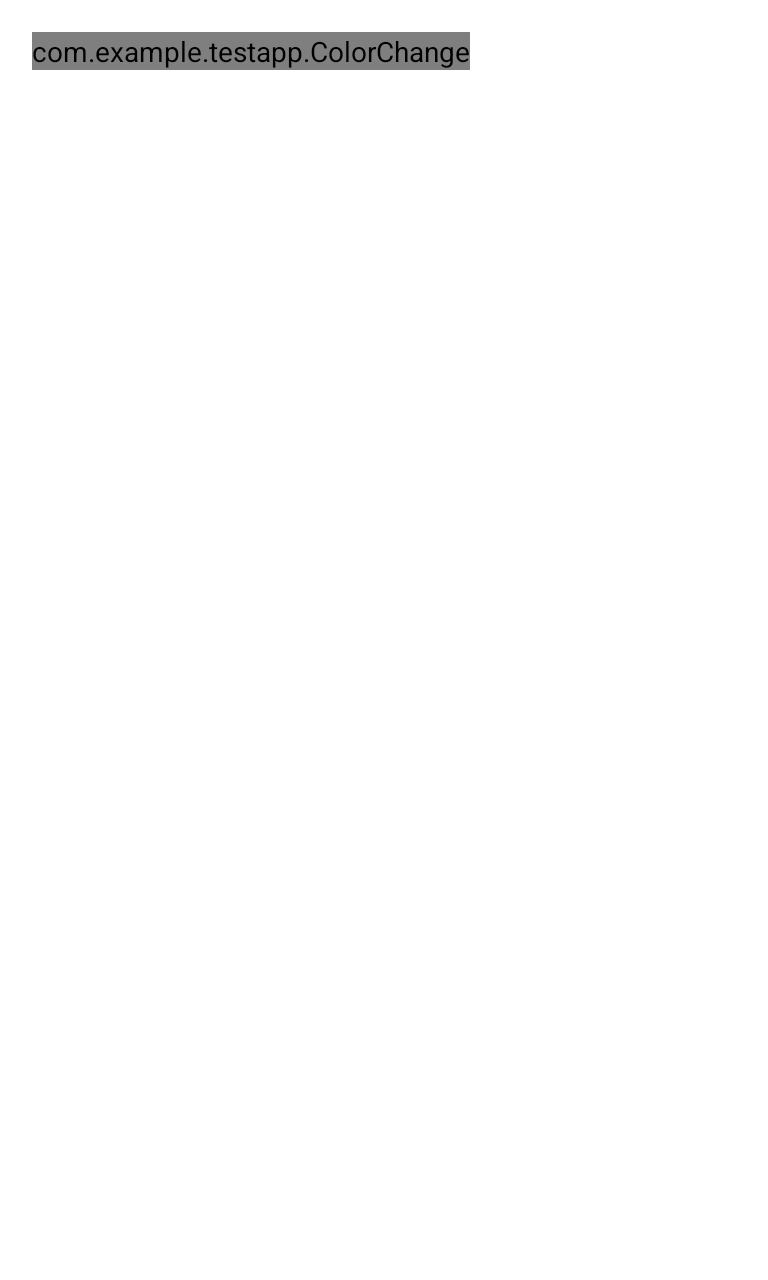
Repository: nick92/ConkyLive
Layout: testApp/res/layout/activity_main.xml
These files come from the project's save history. The layout is drawn as it stood at one moment and after a run of saves; the edit follows.
Pictures or frames that could not be fetched are drawn as grey boxes. It is drawn on a 768 x 1280 px phone screen (xhdpi) without system bars, with theme AppTheme; the app's code is not run.

Above is the layout before, as saved 2013-05-15 13:52:32.

### testApp/res/layout/activity_main.xml
<LinearLayout xmlns:android="http://schemas.android.com/apk/res/android"
    xmlns:tools="http://schemas.android.com/tools"
    xmlns:option="http://schemas.android.com/apk/res/com.example.testapp"
    android:layout_width="match_parent"
    android:layout_height="match_parent"
    android:paddingBottom="@dimen/activity_vertical_margin"
    android:paddingLeft="@dimen/activity_horizontal_margin"
    android:paddingRight="@dimen/activity_horizontal_margin"
    android:paddingTop="@dimen/activity_vertical_margin"
    tools:context=".MainActivity" >

     <com.example.testapp.ColorChange
        android:id="@+id/view2"
        android:layout_width="wrap_content"
	    android:layout_height="wrap_content"
        android:onClick="onClicked"
        option:titleText="Foreground Color"
        option:valueColor="#591e6e" />

    <com.example.testapp.ColorChange
        android:id="@+id/view1"
        android:layout_width="fill_content"
	    android:layout_height="wrap_content"
	    android:onClick="onClicked"
        option:titleText="Background Color"
        option:valueColor="#FFA4C639" />



</LinearLayout>

Loaded but not shown: testApp/res/values/styles.xml (common file); testApp/res/values-v11/styles.xml (common file); testApp/res/values-v14/styles.xml (common file); testApp/res/values/dimens.xml (common file)

After the next 2 saves:
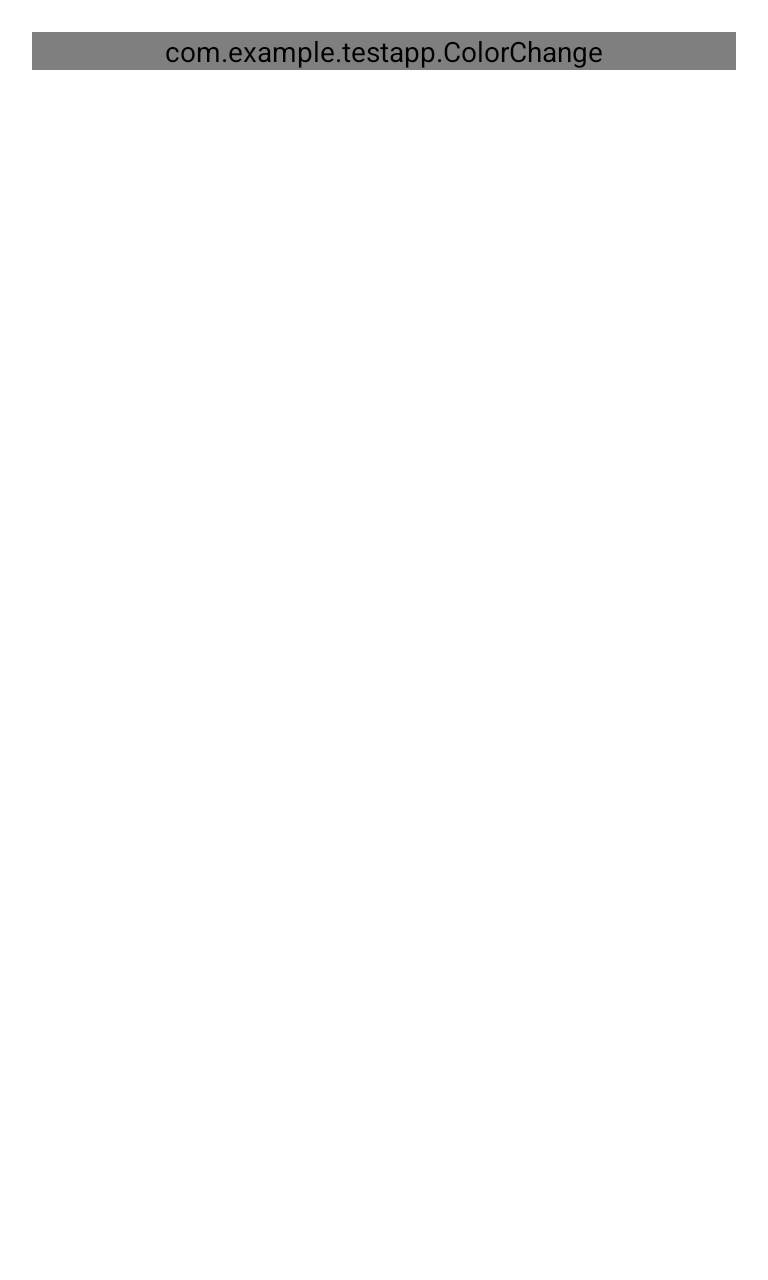
The 2 saves are shown as one change because they came seconds apart.
The last was saved 85 s later.
--- a/testApp/res/layout/activity_main.xml
+++ b/testApp/res/layout/activity_main.xml
@@ -11,7 +11,7 @@
 
      <com.example.testapp.ColorChange
         android:id="@+id/view2"
-        android:layout_width="wrap_content"
+        android:layout_width="fill_parent"
 	    android:layout_height="wrap_content"
         android:onClick="onClicked"
         option:titleText="Foreground Color"
@@ -19,7 +19,7 @@
 
     <com.example.testapp.ColorChange
         android:id="@+id/view1"
-        android:layout_width="fill_content"
+        android:layout_width="fill_parent"
 	    android:layout_height="wrap_content"
 	    android:onClick="onClicked"
         option:titleText="Background Color"
